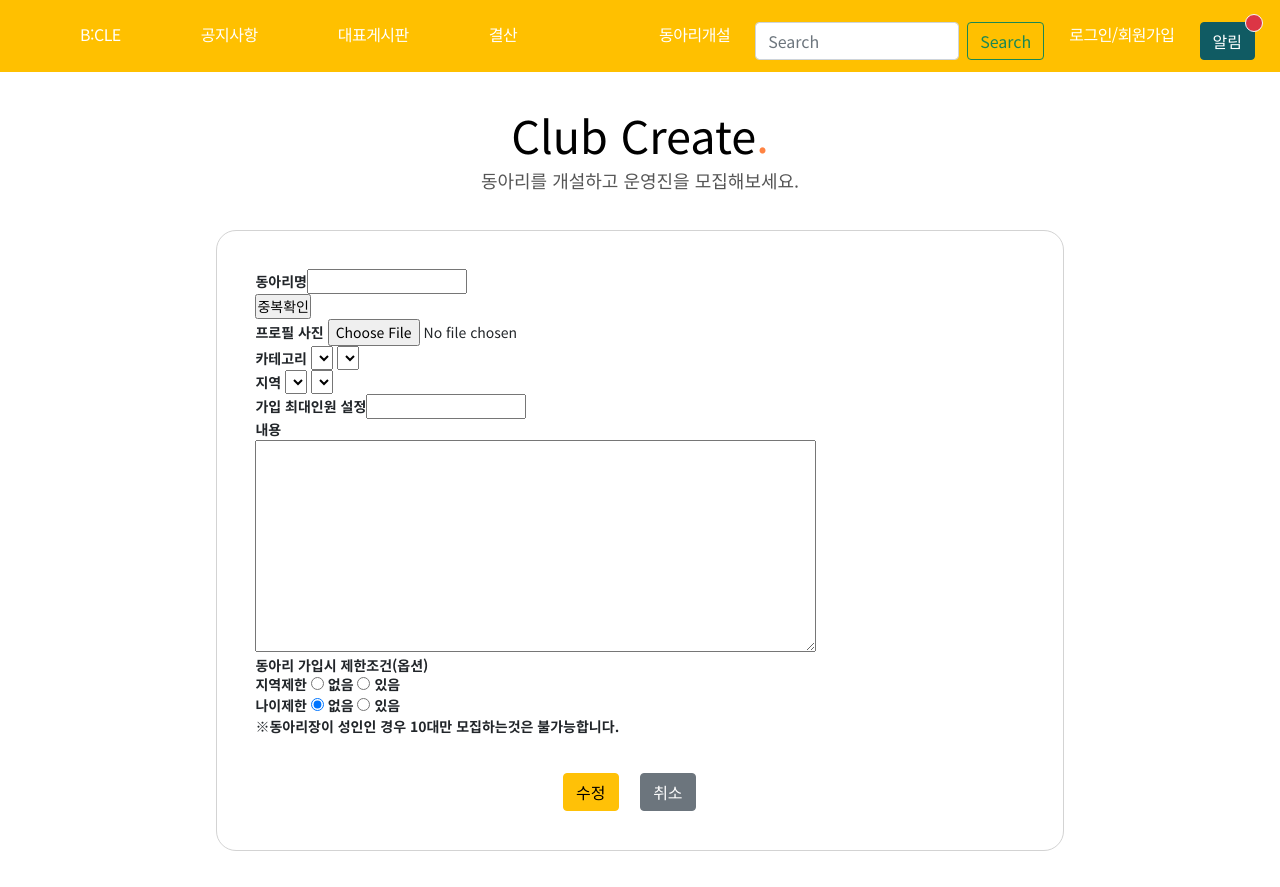
Repository: CHAEYUN7074/SpringProject
Page: http://localhost/viewpages/WEB-INF/view/PreClubUpdateForm.jsp
These files come from the project's save history. The page is drawn as it stood at one moment and after the next save; the edit follows.
The browser window is 1280 px wide. The pictures show the whole page.
Some web fonts or font styles are not loaded; a fallback is used. The page is served by Tomcat 9. Nobody is signed in. Other server files are loaded and not shown. The template is opened directly, without the code that normally fills it, so the values that code supplies are empty.

Above is the page before, as saved 2021-12-27 16:31:44.

### viewpages/WebContent/WEB-INF/view/PreClubUpdateForm.jsp
<%@ page contentType="text/html; charset=UTF-8"%>
<%@ taglib prefix="c" uri="http://java.sun.com/jsp/jstl/core"%>
<%
   request.setCharacterEncoding("UTF-8");
String cp = request.getContextPath();
%>
<!DOCTYPE html>
<html>
<head>
<meta charset="UTF-8">
<title>PreClubUpdateForm.jsp</title>
<style type="text/css">
@import
   url('https://fonts.googleapis.com/css?family=Exo+2|Noto+Sans+KR&display=swap')
   ;

.list-title{margin-top : 5vh;}
section .name {color: #000; text-align: center;}
section .name h2 {font-size: 45px; margin-bottom: 5px; font-weight: normal;}
section .name h2 span {color:#ff8342; }
section .name p {font-size: 18px; color: #555;}


#contents {
   margin : 5vh 30vh 5vh 30vh;
   padding : 3%;
   border : 1px solid lightgray;
   border-radius : 20px;
   font-family: 'Noto Sans KR', sans-serif;
   font-weight:bold;
}

.button_set {display : flex; margin-left : 40%; margin-top : 5vh;}
.button_set button {margin-right : 3vh;}



</style>


<script type="text/javascript" src="http://code.jquery.com/jquery.min.js"></script>
<script type="text/javascript" src="<%=cp%>/js/jquery-ui.js"></script>
<script type="text/javascript" src="<%=cp%>/js/ajax.js"></script>
<script type="text/javascript">

   $(document).ready(function()
   {
      //카테고리 대분류(category_L_Id)가 변경되었을 경우 수행해야 할 코드 처리
      $("#category_L_Id").change(function()
      {
         //lert($("#category_L_Id").val());

         // Ajax 요청 및 응답 처리
         $.ajax(
         {
            type : "POST"
            ,url : "ajaxcategory.action"
            ,data : {category_L_Id : $("#category_L_Id").val()}
            ,dataType : "json" //{key : vlaue}
            ,success : function(result)
            {
               $("#category_S_Id").children().remove();
               $("#category_S_Id").append("<option value=\"\">선택</option>");

               for(var i=0; i<result.length; i++)
               {
                  $("#category_S_Id").append("<option value=\""+result[i].category_s_id+"\">"+result[i].s_cat+"</option>");
               }
            }
            ,error : function(e)
            {
               alert(e.responseText);
            }
         });
      });

      $("#region_L_Id").change(function()
      {
         //alert('변경');
         //alert($("#region_L_Id").val());

         var category_s_id = '${preopen.category_s_id}';

         $.ajax(
         {
            type : "POST"
            ,url : "ajaxregion.action"
            ,data : {region_L_Id : $("#region_L_Id").val()}
            ,dataType : "json"
            ,success : function(result)
            {
               //alert(result);
               $("#region_S_Id").children().remove();
               $("#region_S_Id").append("<option value=\"\">선택</option>");

               for(var i=0; i<result.length; i++)
               {
                  $("#region_S_Id").append("<option value=\""+result[i].region_s_id+"\">"+result[i].local+"</option>");
               }
            }
            ,error : function(e)
            {
               alert(e.responseText);
            }

          });

      });

   });
      //동아리명 중복 검사

    $(document).ready(function()
   {

      $('.title').focusout(function()  //focusout
      {
         let userTitle = $('.title').val();

         $.ajax({
            url : "checktitle.action" // ①컨트롤러로~
            , type : "POST"
            , data : {userTitle : userTitle}
            , dataType : "json"
            , success : function(result) //Check title에서 여기로 왔다.
            {
               if(result.title == 0){
                  $("#checkTitle").html('이미 동일한 이름의 동아리가 존재합니다.');
                  $("#checkTitle").css('color', 'red');
                  $('#title').val(''); //중복된 내용삭제

               }
               else
               {

                  $("#checkTitle").html('사용할 수 있는 동아리 이름입니다.');
                  $("#checkTitle").css('color', 'green');
               }
            }
            , error : function(e)
            {
               alert(e.responseText); //에러사항 보여주기
            }
         })
      })
   });



 //각 상황별 alert 창 → required로 했는데 클리어하지가 않아서, 각 상황에 맞게 알림창을 띄우기로했다.
   $(document).ready(function()
   {
      $("#submitBtn").click(function()
      {
          if ($.trim($("#title").val()).length == 0)
         {
            alert("동아리명을 입력하세요.");
            $("#title").focus();
            return;
         }

         if ($("#category_L_Id").val() == "")
         {
            alert("카테고리를 선택해주세요");
            $("#category_L_Id").focus();
            return;
         }
         if ($("#category_S_Id").val()== "")
         {
            alert("카테고리를 선택해주세요");
            $("#category_S_Id").focus();
            return;
         }
         if ($("#region_L_Id").val()== "")
         {
            alert("지역을 선택해주세요");
            $("#region_L_Id").focus();
            return;
         }
         if ($("#region_S_ID").val()== "")
         {
            alert("지역을 선택해주세요");
            $("#region_S_ID").focus();
            return;
         }
         if ($("#max").val().length == 0)
         {
            alert("최대 인원을 입력하세요");
            $("#max").focus();
            return;
         }

          if ($("#content").val().length == 0) // 내용 입력하라는 에러 , div id가 content여서
          {
             alert("내용을 입력하세요");
             $("#content").focus();
             return;
          }

         $("#updateForm").submit();
      });
   });

</script>


</head>
<body>

   <div class="wrap">
      <!-- 네브 영역 -->
      <div>
         <c:import url="nav.jsp"></c:import>
      </div>
     <!--
     HttpSession session = request.getSession();
     session.setAttribute("id", id);
       -->
      <!-- 콘텐츠 영역 -->

         <section class="list-title">
         <div class="name">
            <h2>Club Create<span>.</span></h2>
            <p>동아리를 개설하고 운영진을 모집해보세요.</p>
         </div>
      </section>

      <div id="contents">
         <div>
            <form action="preclubupdate.action" method="post" id="updateForm" enctype="multipart/form-data">
               <div>
                  <input type="text" name="cid" value="${preopen.cid}" style="display: none;"> <!-- cid 안보이게 삽입 -->
                  <p>
                  동아리명<input type="text" name="title" id="title" class="title" maxlength='20'  value="${preopen.title }">
                  </p>
                  <input type="button" value="중복확인" id="check">
                  <span id="checkTitle" style="font-size: small;"></span><br>

                  프로필 사진
                  <input type="file" name="url" id="url" value="${preopen.url }">
                  <p>
                  <!--
                     동아리장<input type="text" name="nickname" id="nickname"
                        placeholder="로그인 상태인 사람 여기에 자동 닉네임 뿌려주기" disabled="disabled">
                     개설예정일<input
                        type="text" name="preopendate" id="preopendate"
                        placeholder="자동입력" disabled="disabled">
                         -->
                  </p>
                  <div>
                     카테고리
                     <select id="category_L_Id" name="category_L_Id">
                        <c:forEach var="category" items="${categoryLList }">
                            <option value="${category.category_l_id}"
                            ${preopen.category_l_id == category.category_l_id ? "selected=\"selected\"" : "" }
                             >${category.l_cat}</option>
                        </c:forEach>
                     </select>
                     <select id="category_S_Id" name="category_S_Id">
                        <option value="${preopen.category_s_id}" selected="selected">${preopen.s_cat}</option>
                     </select>
                  </div>


                  <div>

                     지역
                     <select id="region_L_Id" name="region_L_Id">
                        <c:forEach var="region" items="${regionLList }">
                            <option value="${region.region_l_id}"
                            ${preopen.region_l_id == region.region_l_id ? "selected=\"selected\"" : "" }
                             >${region.city}</option>
                        </c:forEach>
                     </select>
                     <select id="region_S_Id" name="region_S_Id">
                        <option value="${preopen.region_s_id}" selected="selected">${preopen.local}</option>
                     </select>
                  </div>

                  <p>
                     가입 최대인원 설정<input type="text" id="max" name="max"  value="${preopen.max}">
                  </p>
                  <div>
                     <p>내용</p>
                     <textarea rows="10" cols="70" id="content" name="content" maxlength='100'>${preopen.content}</textarea>
                  </div>
                  <div>
                     <%-- <c:import url="beePicCreated.jsp"></c:import> --%>
                  </div>

                  <div>
                     <h5>동아리 가입시 제한조건(옵션)</h5>

                     <div>
                        지역제한
                        <input type="radio" name="regionlimit" value="X" id="regionlimitX"
                        ${preopen.limit_id == 'X' ? "checked=\"checked\"" : "" }>
                        <label for="regionlimitX">없음</label>
                        <input type="radio" name="regionlimit" id="regionlimitO" value="O"
                        ${preopen.limit_id == 'O' ? "checked=\"checked\"" : "" } >
                        <label for="regionlimitO">있음</label>
                        <br>
                        나이제한
                        <input type="radio" name="agelimit" id="agelimitX" value="X" checked="checked">
                        <label for="agelimitX">없음</label>
                        <input type="radio" name="agelimit" id="agelimitO"  value="O">
                        <label for="agelimitO">있음</label>
                        <br>※동아리장이 성인인 경우 10대만 모집하는것은 불가능합니다.
                     </div>

                      <div class ="button_set">
                        <button type="button" class="btn btn-warning" id="submitBtn">수정</button>
                        <button type="button" class="btn btn-secondary"  id="cancleBtn" onclick="location.href='mainpage.action'">취소</button>
                     </div>

                  </div>

               </div>
            </form>
         </div>
      </div>

   </div>




</body>
<script type="text/javascript">


</script>
</html>

### viewpages/WebContent/WEB-INF/view/nav.jsp
<%@ page contentType="text/html; charset=UTF-8"%>
<%@ taglib prefix="c" uri="http://java.sun.com/jsp/jstl/core"%>
<%
   request.setCharacterEncoding("UTF-8");
String cp = request.getContextPath();
%>
<!DOCTYPE html>
<html lang="ko">
<head>
<meta charset="UTF-8">
<meta name="viewport" content="width=device-width, initial-scale=1">
<title>B:CLE</title>
<!-- <link rel="stylesheet" href="css/main.css"> -->
<link rel="stylesheet" href="css/font-awesome.min.css">
<link
   href="https://cdn.jsdelivr.net/npm/bootstrap@5.1.3/dist/css/bootstrap.min.css"
   rel="stylesheet"
   integrity="sha384-1BmE4kWBq78iYhFldvKuhfTAU6auU8tT94WrHftjDbrCEXSU1oBoqyl2QvZ6jIW3"
   crossorigin="anonymous">

<style>
@import
   url('https://fonts.googleapis.com/css?family=Exo+2|Noto+Sans+KR&display=swap')
   ;
/*reset*/
* {
   margin: 0;
   padding: 0;
}
body {
   margin: 0;
}
h1, h2, h3, h4, h5, h6, p, ul, ol, li, dl, dt, dd {
   margin: 0;
   padding: 0;
}
h1, h2, h3, h4, h5, h6 {
   font-weight: 700;
   font-size: inherit;
}
a {
   color: inherit;
   text-decoration: inherit;
}
img {
   vertical-align: middle;
}
a img {
   border: none;
}
li {
   list-style: none;
}
address, em, i, ul {
   font-style: normal;
}
.mo {
   display: none;
}
body {
   font-family: 'Noto Sans KR', sans-serif;
   font-size: 14px;
}
header {
   font-family: 'Noto Sans KR', sans-serif;
   letter-spacing: -0.5px;
   background: rgb(255, 192, 0);
   color: white;
   height: 10vh;
   width: 100%;
   position: relative;
   margin-top: -20px;
}
.mainHeader {
   width: 100%;
   margin-top: 20px;
   box-sizing: border-box;
   vertical-align: center;
}
.mainHeader .gnbMo {
   display: none;
}
.mainHeader .gnb {
   float: left;
   margin-left: 80px;
   margin-top: 3vh;
}
.mainHeader .gnb li {
   float: left;
   margin-right: 80px;
}
.mainHeader .gnb li a {
   display: block;
   width: 100%;
   text-align: center;
   color: #fff;
   font-size: 16px;
   text-decoration-line: none;
}
.mainHeader .gnb li a:hover, .mainHeader .gnb li a:focus {
   color: #ff8342;
}
.mainHeader .tnb {
   float: right;
   margin-top: 3vh;
}
.mainHeader .tnb li {
   float: left;
   margin-right: 25px;
}
.mainHeader .tnb li a {
   display: block;
   width: 100%;
   text-align: center;
   font-size: 16px;
   color: #fff;
   text-decoration-line: none;
}
.mainHeader .tnb li:nth-child(1) a i, .mainHeader .tnb li:nth-child(2) a i
   {
   font-size: 20px;
   margin-right: 8px;
}
.mainHeader .tnb li:last-child a {
   display: block;
   width: 105px;
   line-height: 2;
   border: 1px solid #fff;
   border-radius: 30px;
   margin-top: 35px;
}
.mainHeader .tnb li:last-child a i {
   margin-left: 5px;
}
.mainHeader .tnb li:last-child a:hover {
   background: #fff;
   color: #ff8342;
   transition: all 0.3s;
}
.btn-primary {
    color: #fff;
    background-color: #105b63;
    border-color: #105b63;
}


.box {
    width: 30px;
    height: 30px;
    border-radius: 70%;
    overflow: hidden;
}
.profile {
    width: 100%;
    height: 100%;
    object-fit: cover;
}

</style>


</head>
<body>

   <c:choose>
      <c:when test="${!empty id }">
         <header>
            <div class="mainHeader">
               <nav class="gnb">
                  <ul>
                     <li><a href="mainpage.action">B:CLE</a></li>
                     <li><a href="mainnoticelist.action">공지사항</a></li>
                     <li><a href="mainfreeboardlist.action">대표게시판</a></li>
                     <li><a href="mainaccount.action">결산</a></li>
                  </ul>
               </nav>
               <nav class="tnb">
                  <ul>

                     <li><a href="clubinsertform.action">동아리개설</a></li>

                     <li>
                        <form class="d-flex">
                           <input class="form-control me-2" type="search"
                              placeholder="Search" aria-label="Search">
                           <button class="btn btn-outline-success" type="submit">Search</button>
                        </form>
                     </li>



                     <!-- 값을 넘겨보려 시도했는데 실패...ㅠ 다시 해볼게요 - 현정 -->
                     <li><a href="#">마이페이지</a></li>
                     <li><a href="logout.action"></i>로그아웃</a></li>
                         <li><button type="button"
                              class="btn btn-primary position-relative">
                              알림 <span
                                 class="position-absolute top-0 start-100 translate-middle p-2 bg-danger border border-light rounded-circle">
                                 <span class="visually-hidden">New alerts</span>
                              </span>
                             </button></li>
                  </ul>
               </nav>
               <nav class="gnbMo">
                  <a href="#"><i class="fa fa-bars" aria-hidden="true"></i></a>
               </nav>
            </div>
         </header>
      </c:when>
      <c:otherwise>
         <header>
            <div class="mainHeader">
               <nav class="gnb">
                  <ul>
                     <li><a href="mainpage.action">B:CLE</a></li>
                     <li><a href="mainnoticelist.action">공지사항</a></li>
                     <li><a href="mainfreeboardlist.action">대표게시판</a></li>
                     <li><a href="mainaccount.action">결산</a></li>
                  </ul>
               </nav>
               <nav class="tnb">
                  <ul>

                     <li><a href="#">동아리개설</a></li>

                     <li>
                        <form class="d-flex">
                           <input class="form-control me-2" type="search"
                              placeholder="Search" aria-label="Search">
                           <button class="btn btn-outline-success" type="submit">Search</button>
                        </form>
                     </li>




                     <li><a href="loginpage.action"></i>로그인/회원가입</a></li>
                     <li><button type="button"
                           class="btn btn-primary position-relative">
                           알림 <span
                              class="position-absolute top-0 start-100 translate-middle p-2 bg-danger border border-light rounded-circle">
                              <span class="visually-hidden">New alerts</span>
                           </span>
                        </button></li>
                  </ul>
               </nav>
               <nav class="gnbMo">
                  <a href="#"><i class="fa fa-bars" aria-hidden="true"></i></a>
               </nav>
            </div>
         </header>
      </c:otherwise>
   </c:choose>
   <!--header-->




</body>
</html>

<!-- 검색부분에 쓸 부트스트랩 -->
<!--       <form class="d-flex">
        <input class="form-control me-2" type="search" placeholder="Search" aria-label="Search">
        <button class="btn btn-outline-success" type="submit">Search</button>
      </form> -->

### viewpages/WebContent/js/ajax.js
/**
 * ajax.js
 */


var ajax = null;

// AJAX 객체(XMLHttpRequest 객체) 생성 함수
function createAjax()
{
	/*
	// ActiveXObject 를 지원하는 브라우저라면...
	if (window.ActiveXObject)			//-- IE 7 이전
	{
		return new ActiveXObject("Msxml2.XMLHTTP");
		//-- 이와 같은 방식으로 XMLHttpRequest 객체를 생성해서 반환하라.
		//   (ActiveXObject 객체 → XMLHttpRequest 객체의 대리 객체)
	}
	else								//-- 그 외 브라우저
	{
		if(window.XMLHttpRequest)		//-- XMLHttpRequest 지원 브라우저
		{
			return new XMLHttpRequest();
			//-- 이와 같은 방식으로 XMLHttpRequest 객체를 생성해서 반환하라.
		}
		else							//-- AJAX 를 지원하지 않는 브라우저
		{
			return null;
		}
	}
	*/

	// 위와 의미 같음. 논리적 순서로 정리한 것.
	if (window.XMLHttpRequest)
	{
		return new XMLHttpRequest();
	}
	else if (window.ActiveXObject)
	{
		//return new ActiveXObject("Msxml2.XMLHTTP");
		return new ActiveXObject("Microsoft.XMLHTTP");
	}
	else
	{
		return null;
	}
}

Loaded but not shown: viewpages/WebContent/js/jquery-ui.js (library)

After the next save:
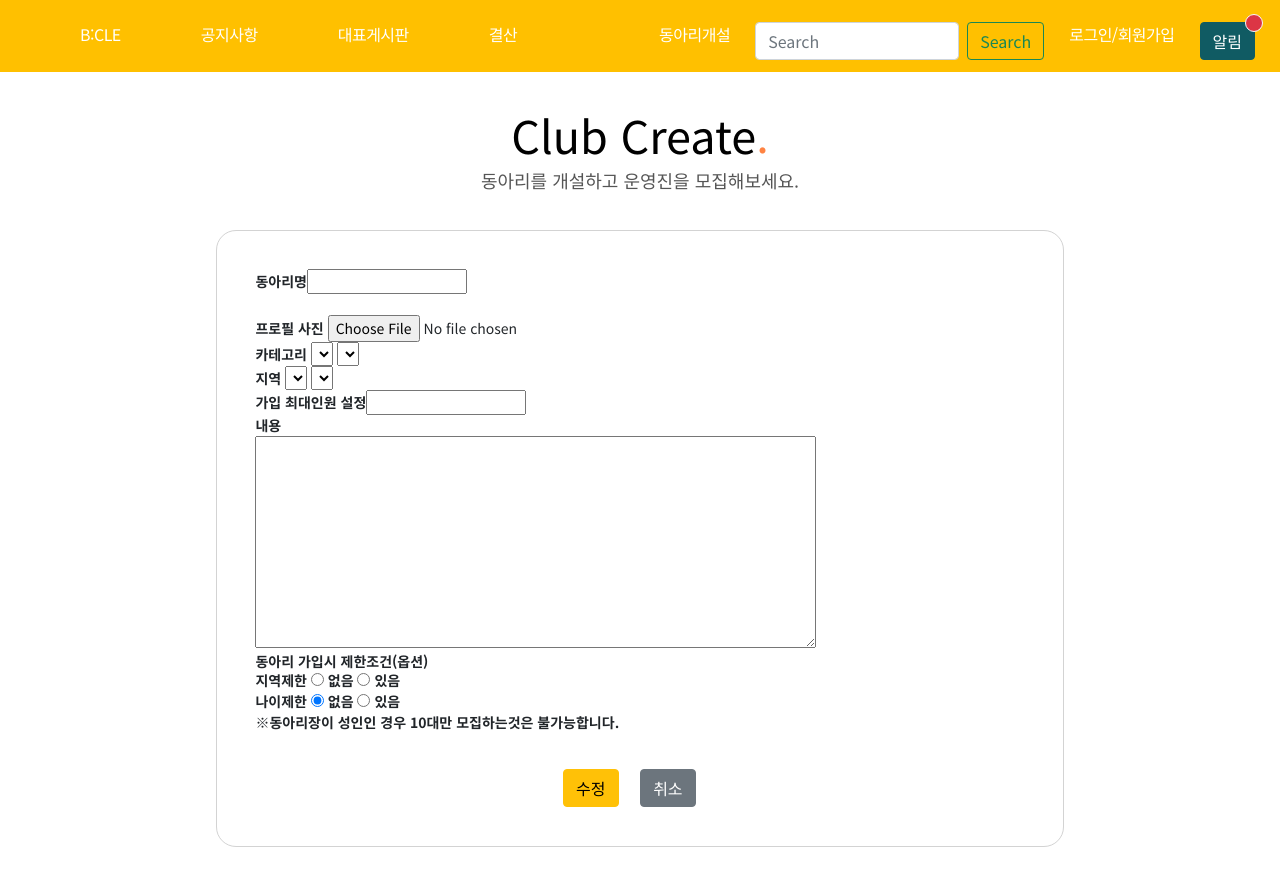
Saved 14 s later.
--- a/viewpages/WebContent/WEB-INF/view/PreClubUpdateForm.jsp
+++ b/viewpages/WebContent/WEB-INF/view/PreClubUpdateForm.jsp
@@ -233,7 +233,6 @@ section .name p {font-size: 18px; color: #555;}
                   <p>
                   동아리명<input type="text" name="title" id="title" class="title" maxlength='20'  value="${preopen.title }">
                   </p>
-                  <input type="button" value="중복확인" id="check">
                   <span id="checkTitle" style="font-size: small;"></span><br>
 
                   프로필 사진
